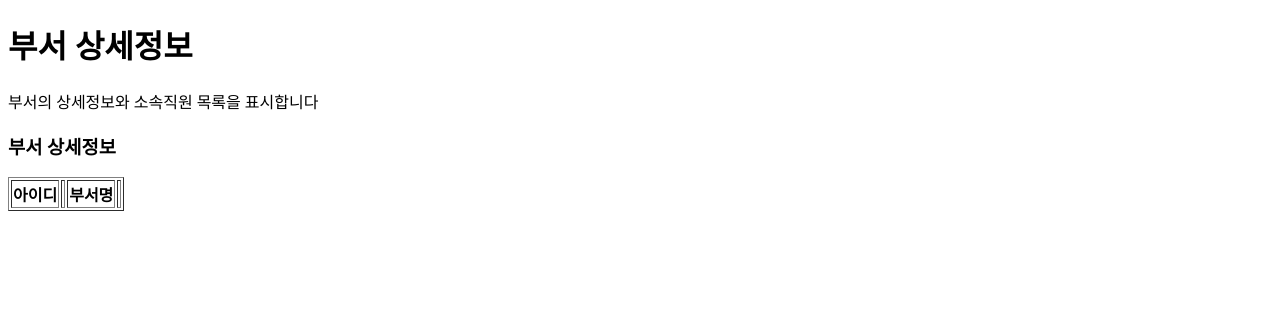
Repository: qwer1227/Jsp_study
Page: http://localhost/hr/dept/detail.jsp
These files come from the project's save history. The page is drawn as it stood at one moment and after the next save; the edit follows.
The browser window is 1280 px wide. The pictures show the whole page.
The page is served by Tomcat 9.

Above is the page before, as saved 2024-08-07 02:05:43.

After the next save:
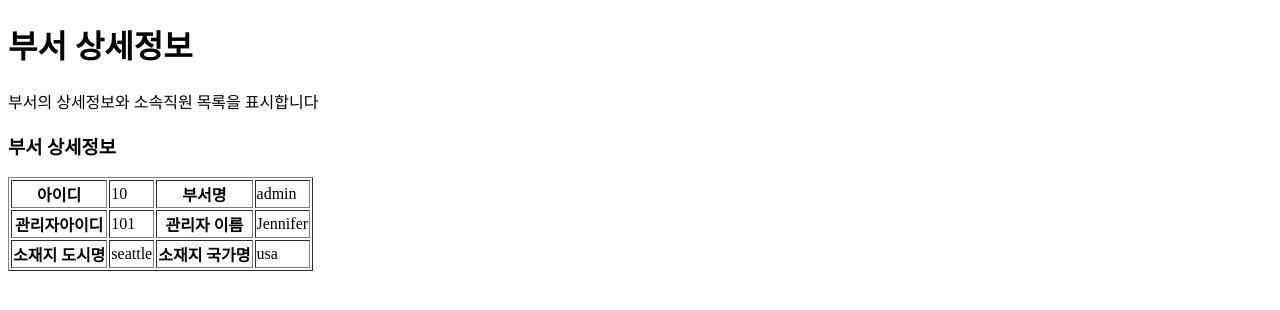
Saved 95 s later.
--- a/hr/src/main/webapp/dept/detail.jsp
+++ b/hr/src/main/webapp/dept/detail.jsp
@@ -32,9 +32,21 @@
 		<tbody>
 			<tr>
 				<th>아이디</th>
-				<td></td>
+				<td>10</td>
 				<th>부서명</th>
-				<td></td>
+				<td>admin</td>
+			</tr>
+			<tr>
+				<th>관리자아이디</th>
+				<td>101</td>
+				<th>관리자 이름</th>
+				<td>Jennifer</td>
+			</tr>
+			<tr>
+				<th>소재지 도시명</th>
+				<td>seattle</td>
+				<th>소재지 국가명</th>
+				<td>usa</td>
 			</tr>
 		</tbody>
 	</table>
